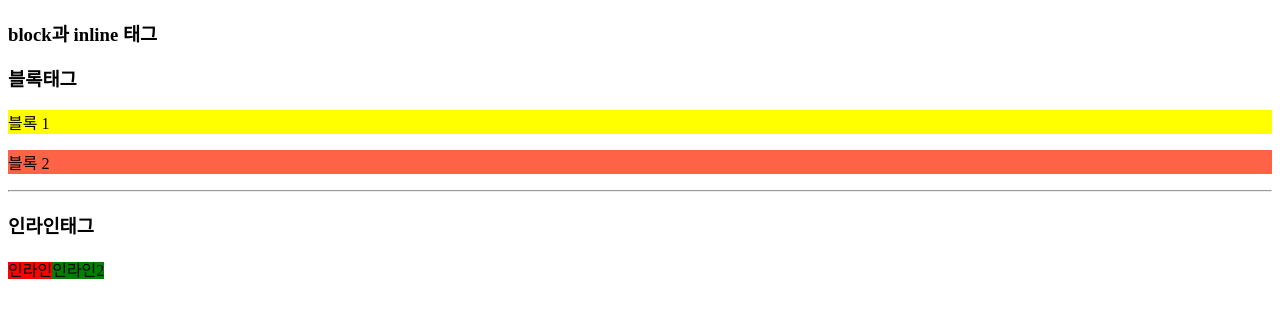
Repository: JiYoon0712/HTML_CSS_javascript
Page: work/study/src/main/webapp/htmlEx/ch02/ex04.html
These files come from the project's save history. The page is drawn as it stood at one moment and after the next save; the edit follows.
The browser window is 1280 px wide. The pictures show the whole page.

Above is the page before, as saved 2023-04-03 02:18:57.

### work/study/src/main/webapp/htmlEx/ch02/ex04.html
<!DOCTYPE html>
<html>
<head>
<meta charset="UTF-8">
<title>Insert title here</title>
</head>
<body>

<h3>block과 inline 태그</h3>

<h3>블록태그</h3>

<p style="background: yellow;"> 블록 1 </p><p style="background: tomato;"> 블록 2 </p>
<hr>

<h3>인라인태그</h3>
<span style="background: red;">인라인</span><span style="background: green;">인라인2</span>

</body>
</html>

After the next save:
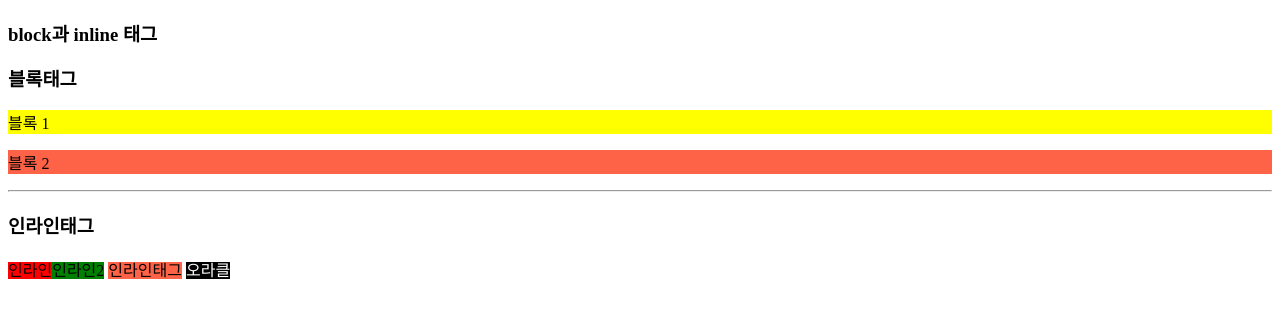
Saved 101 s later.
--- a/work/study/src/main/webapp/htmlEx/ch02/ex04.html
+++ b/work/study/src/main/webapp/htmlEx/ch02/ex04.html
@@ -15,6 +15,10 @@
 
 <h3>인라인태그</h3>
 <span style="background: red;">인라인</span><span style="background: green;">인라인2</span>
+<span style="background: tomato;">인라인태그</span>
+<span style="width:300px; background: black; color:white;">오라클</span>
+	<!-- 인라인 태그에서 width, height는 무시 -->
+	<!-- 인라인 태그에서 margin, padding은 좌우 간격만 적용 -->
 
 </body>
 </html>
